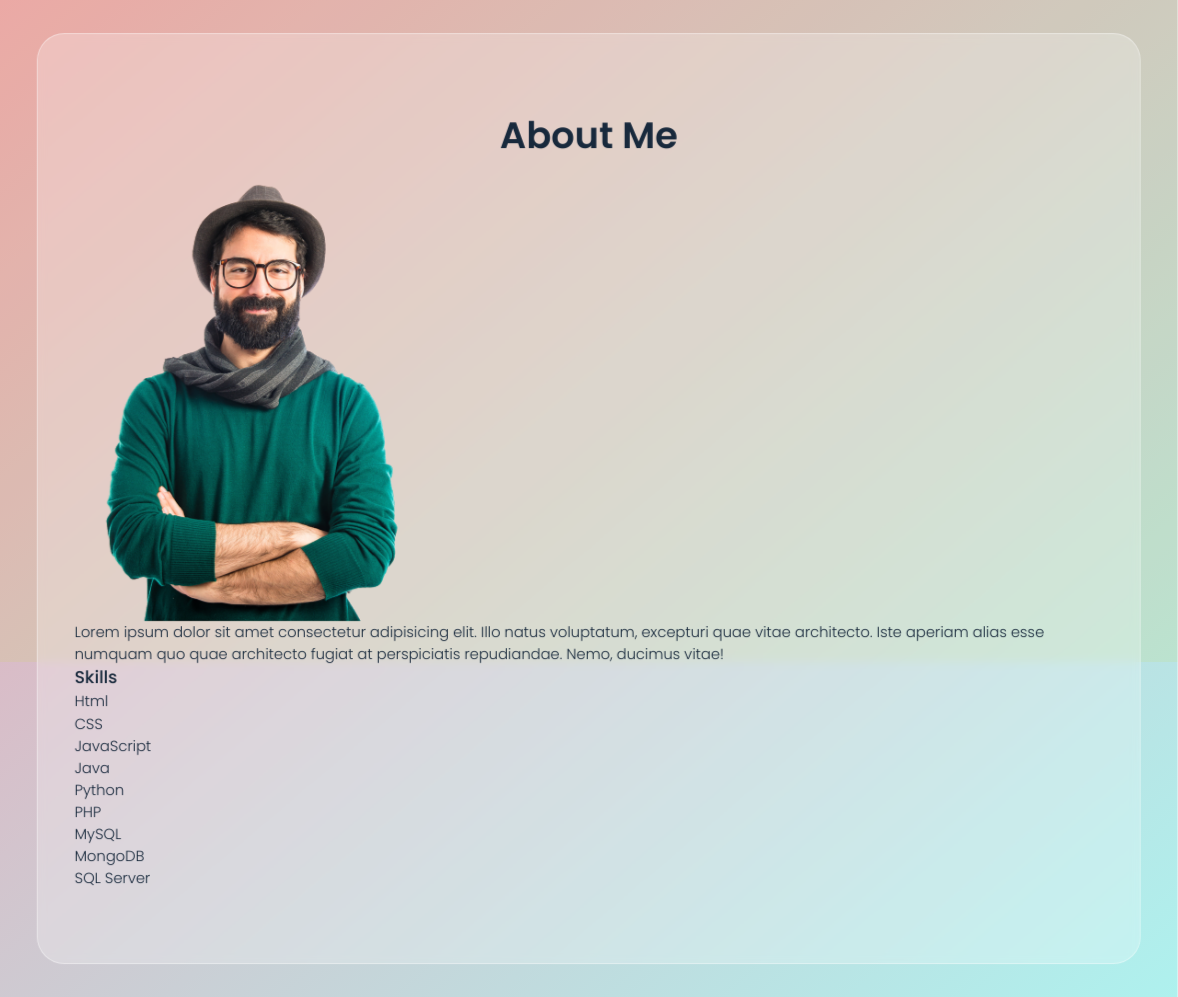
Repository: dewaary/Glassmorp-me
Page: index.html
These files come from the project's save history. The page is drawn as it stood at one moment and after the next save; the edit follows.
The browser window is 1280 px wide. The pictures show the whole page, at 92% of full size.

Above is the page before, as saved 2021-05-25 15:23:32.
Not found: js/script,js

After the next save:
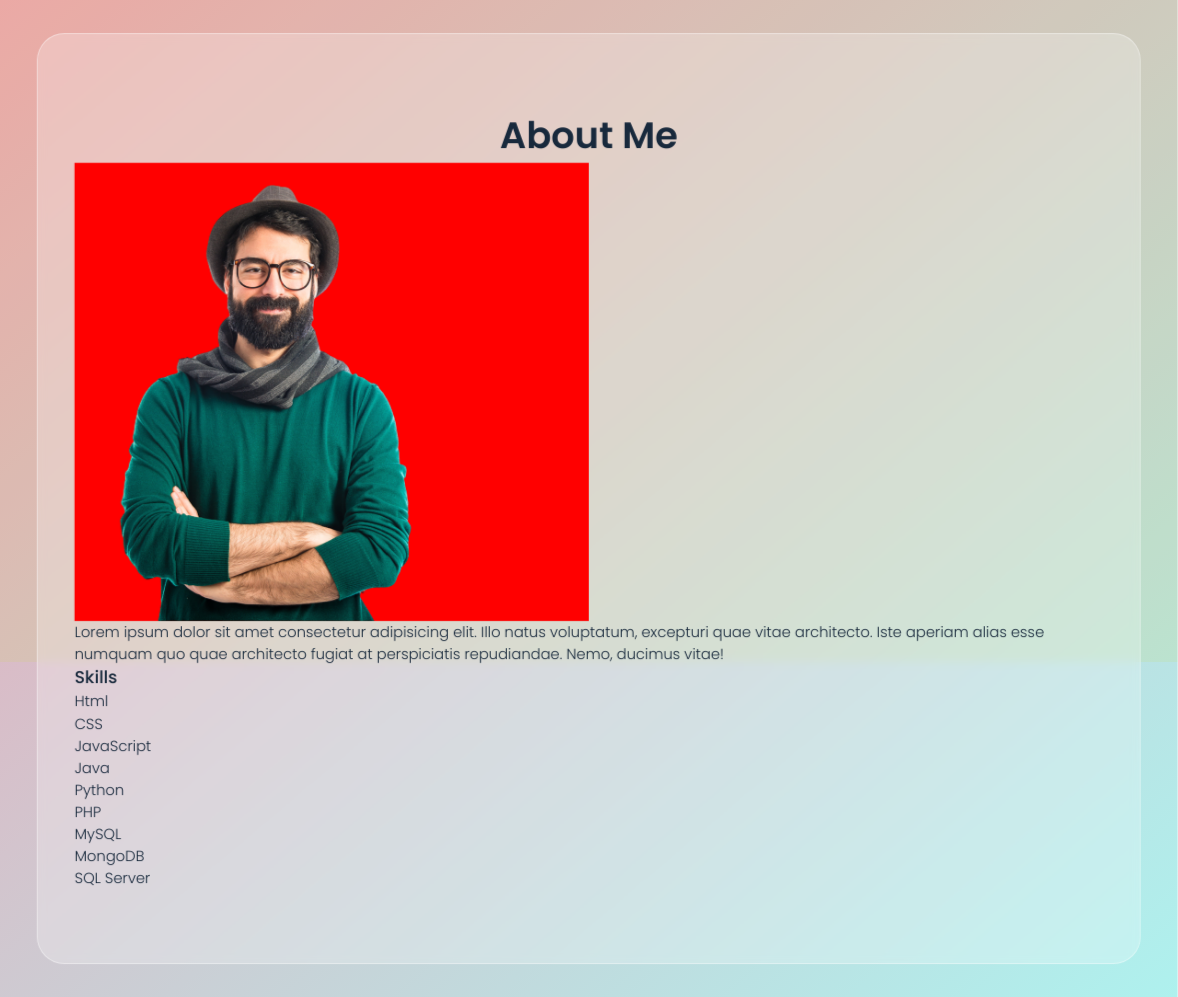
Saved 66 s later.
--- a/style.css
+++ b/style.css
@@ -234,3 +234,9 @@ Home Section */
 
 
 /* About Section */
+
+.about-img{
+  background-color: red;
+  width: 50%;
+  padding: 0 15px;
+}
